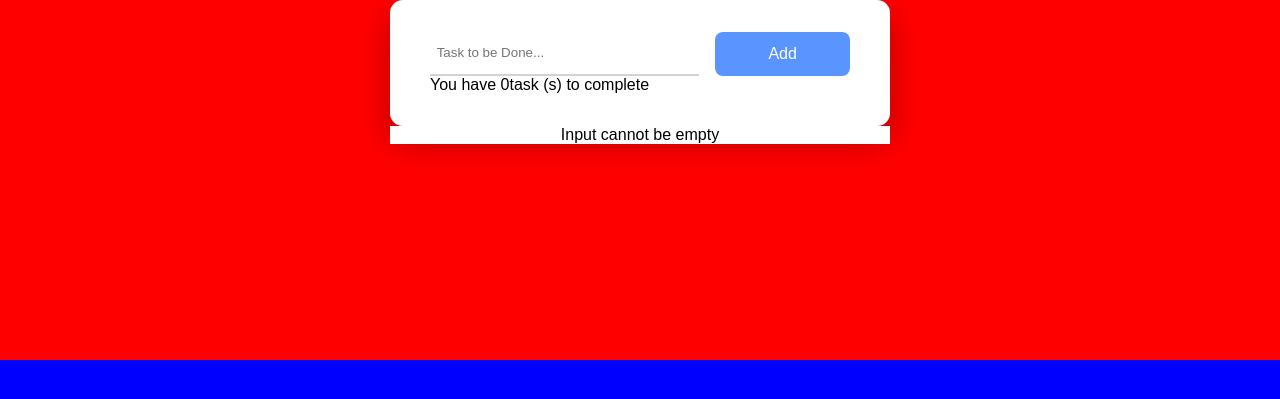
Repository: JunaidAnsari202/Todo-List
Page: index.html
The author's editor kept a copy of each file at every save. The page is drawn from the files as they stood at one save, then again after a run of saves.
The browser window is 1280 px wide. The pictures show the whole page.

Above is the page before, as saved 2023-10-30 12:44:45.

After the next 18 saves:
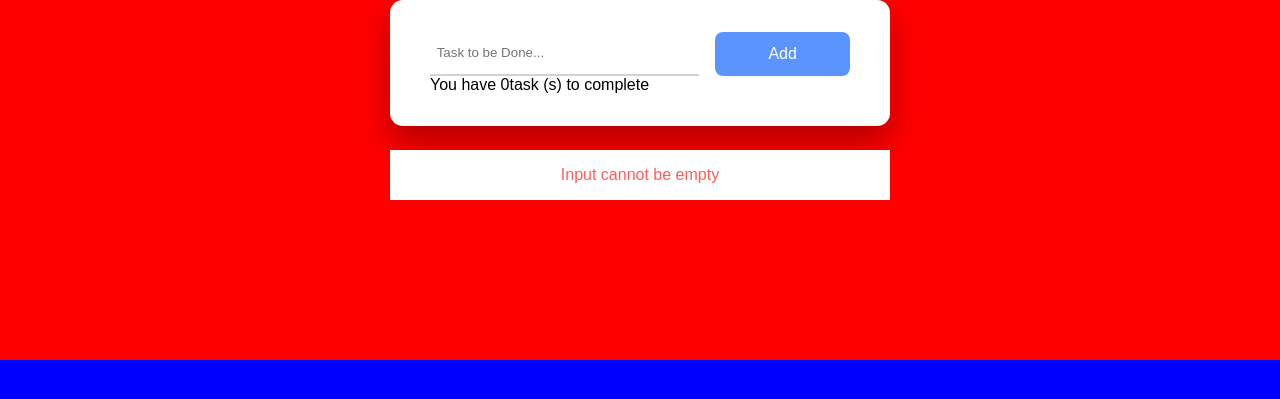
The 18 saves are shown as one change because they came seconds apart.
The last was saved 31 s later.
--- a/style.css
+++ b/style.css
@@ -63,5 +63,7 @@ body{
 #error{
     text-align: center;
     background-color: #ffffff;
-    color: #ff;
+    color: #ff5c5c;
+    margin-top: 1.5em;
+    padding: 1em 0;
 }
